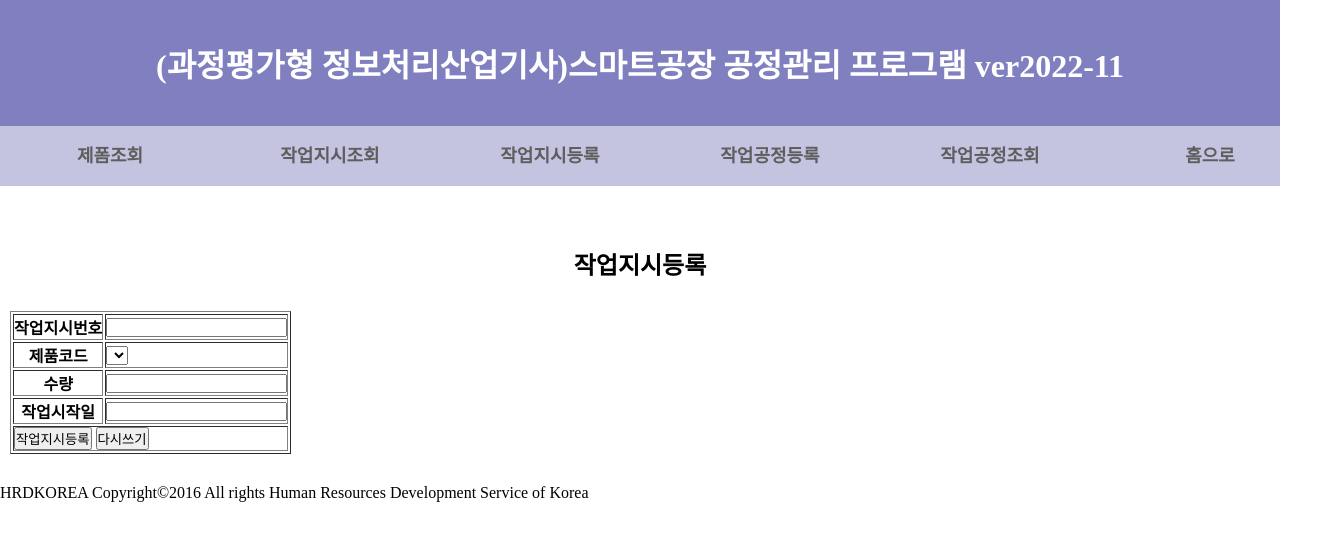
Repository: anakyn01/exam
Page: http://localhost/smart_5/sub2_1.jsp
The author's editor kept a copy of each file at every save. The page is drawn from the files as they stood at one save, then again after the next save.
The browser window is 1280 px wide. The page is 1320 px wide, so the pictures cover 1320 px, including what lies to the right of the window. The pictures show the whole page.
The page is served by Tomcat 9. Other server files are loaded and not shown.

Above is the page before, as saved 2025-01-06 07:31:15.

### smart_5/src/main/webapp/sub2_1.jsp
<%@ page language="java" contentType="text/html; charset=UTF-8"
    pageEncoding="UTF-8"%>
<jsp:include page="include/header.jsp"/>

<section>
<h2>작업지시등록</h2>
<table border=1>
<tr>
	<th>작업지시번호</th>
		<td>
		<input type="text" name="w_workno">
	</td>
</tr>
<tr>
	<th>제품코드</th>
	<td>
		<select name="">
		<option value=""></option>
		</select>
	</td>
</tr>
<tr>
	<th>수량</th>
		<td>
		<input type="text" name="w_quentity">
	</td>
</tr>
<tr>
	<th>작업시작일</th>
		<td>
		<input type="text" name="w_workdate">
	</td>
</tr>
	<tr>
<td colspan="2">
<input type="button" onclick="goSave()" value="작업지시등록">
<input type="button" onclick="FormReset()" value="다시쓰기">
</td>
	</tr>
</table>
</section>

<jsp:include page="include/footer.jsp"/>

### smart_5/src/main/webapp/include/header.jsp
<%@ page language="java" contentType="text/html; charset=UTF-8"
    pageEncoding="UTF-8"%>
<!DOCTYPE html>
<html>
<head>
<meta charset="UTF-8">
<title>스마트 공정관리 프로그램</title>
<link rel="stylesheet" href="css/style.css"/>
</head>
<body>
<header>
<h1>(과정평가형 정보처리산업기사)스마트공장 공정관리 프로그램 ver2022-11</h1>
</header>
<nav>
<ul>
<li><a href="sub1.jsp">제폼조회</a></li>
<li><a href="sub2.jsp">작업지시조회</a></li>
<li><a href="sub2_1.jsp">작업지시등록</a></li>
<li><a href="sub3.jsp">작업공정등록</a></li>
<li><a href="sub4.jsp">작업공정조회</a></li>
<li><a href="index.jsp">홈으로</a></li>
</ul>
</nav>

### smart_5/src/main/webapp/include/footer.jsp
<%@ page language="java" contentType="text/html; charset=UTF-8"
    pageEncoding="UTF-8"%>
<footer>
<p>HRDKOREA Copyright&copy;2016 All rights Human Resources Development Service of Korea</p>
</footer>
</body>
</html>

### smart_5/src/main/webapp/css/style.css
@charset "UTF-8";
*{margin:0; padding:0; box-sizing:border-box;}
a{text-decoration:none; color:#5e5e5e;}
header{background-color:#8080c0;}
header h1{padding:40px 0; text-align:center; color:white;}
nav{height:60px; background-color:#c4c4e1;}
nav ul{margin:0 auto; width:1320px; list-style:none; text-align:center;}
nav ul li{line-height:60px; float:left; font-size:18px; font-weight:600; width:200px;
margin:0 10px;
}
section{padding:30px 10px;}
section h2{text-align:center; margin:30px 0;}
section p{margin:10px 0;}

After the next save:
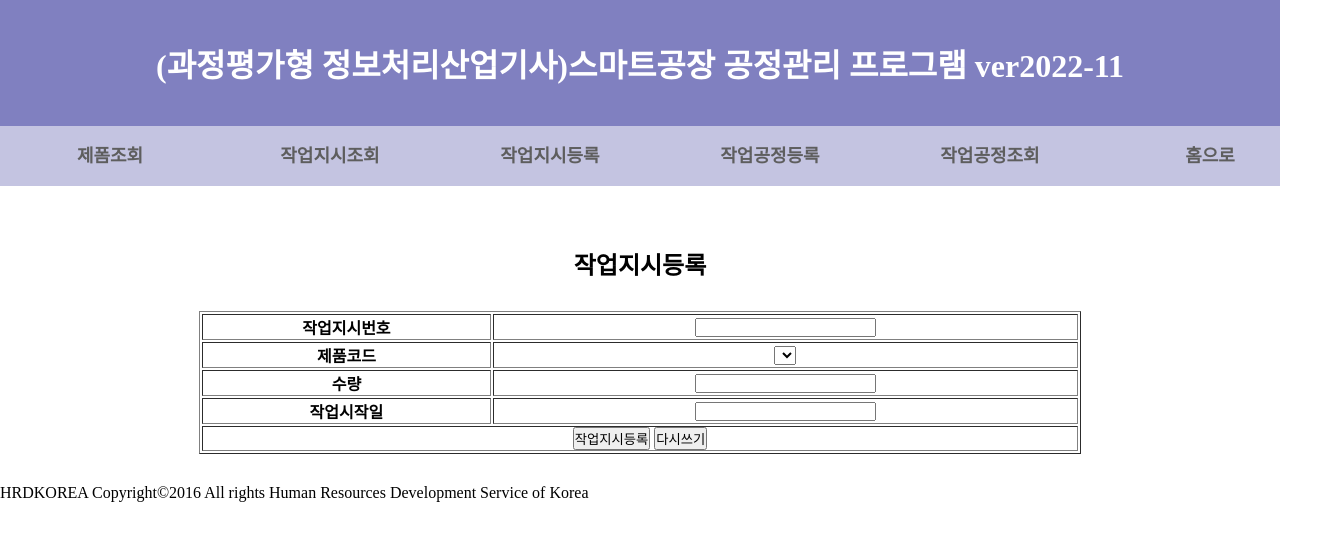
Saved 48 s later.
--- a/smart_5/src/main/webapp/css/style.css
+++ b/smart_5/src/main/webapp/css/style.css
@@ -11,3 +11,4 @@ margin:0 10px;
 section{padding:30px 10px;}
 section h2{text-align:center; margin:30px 0;}
 section p{margin:10px 0;}
+table{margin:0 auto; width:70%; text-align:center;}
